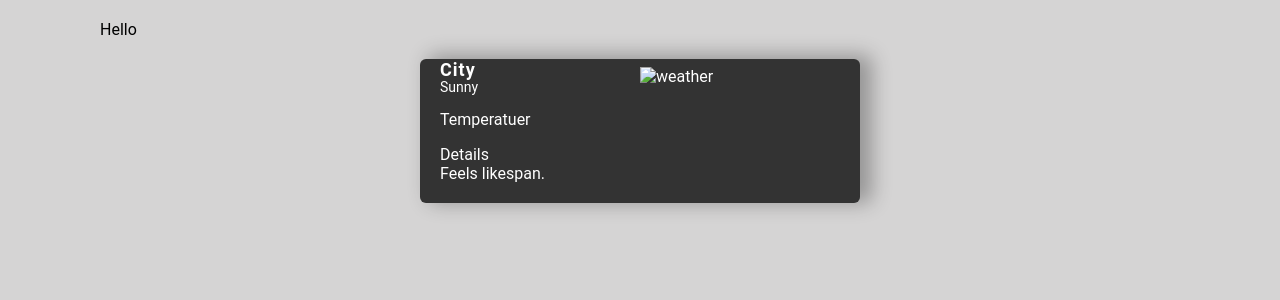
Repository: sedat-akdogan/React_Weather
Page: / (app in london_weather/)
These files come from the project's save history. The page is drawn as it stood at one moment and after a run of saves; the edit follows.
The browser window is 1280 px wide. The pictures show the whole page.
The project was rebuilt for these pictures with package versions that can differ from the ones it lists, and the page was loaded fresh each time.

Above is the page before, as saved 2023-07-09 17:49:11.

### london_weather/src/index.css
body {
    margin: 0;
    font-family: 'Roboto', Arial !important;
    -webkit-font-smoothing: antialiased;
    -moz-osx-font-smoothing: grayscale;
    background-color: #d5d4d4;
}

code {
    font-family: source-code-pro, Menlo, Monaco, Consolas, 'Courier New',
        monospace;
}

### london_weather/src/App.js
import Search from './components/search/Search';
import './App.css';
import CurrentWeather from './components/current-weather/current-weather';

function App() {

    const handleOnSearchChange = (searchData) => {
        console.log(searchData);
    }

    return (
        <div className="container">
            <Search onSearchChange={handleOnSearchChange} />
            <CurrentWeather />
        </div>
    );
}

export default App;

### london_weather/src/components/search/Search.js
import React from "react";


const Search = () => {
    return ("Hello");
}

export default Search;

### london_weather/src/App.css
.container {
    max-width: 1080px;
    margin: 20px auto;
}

### london_weather/src/components/current-weather/current-weather.js
import "./current-weather.css";


const CurrentWeather = () => {
    return (
        <div className="weather">
            <div className="top">
                <div>
                    <p className="city">City</p>
                    <p className="weather-description">Sunny</p>
                </div>
                <img src="" alt="weather" className="weather-icon" />
            </div>
            <div className="bottom">
                <p className="temperature">Temperatuer</p>
                <div className="details">
                    <div className="parameter-row">
                        <span className="parameter-label">Details</span>
                    </div>
                    <div className="parameter-row">
                        <span className="parameter-label">Feels like</span>
                        span.
                    </div>
                </div>
            </div>
        </div>
    );
}

export default CurrentWeather;

### london_weather/src/components/current-weather/current-weather.css
.weather {
    width: 400px;
    border-radius: 6px;
    box-shadow: 10px -2px 20px 2px rgb(0 0 0 / 30%);
    color: #fff;
    background-color: #333;
    margin: 20px auto 0 auto;
    padding: 0 20px 20px 20px;
}

.top {
    display: flex;
    justify-content: space-between;
    align-items: center;
}

.city {
    font-weight: 600;
    font-size: 18px;
    margin: 0;
    letter-spacing: 1px;
}

.weather-description {
    font-weight: 400;
    font-size: 14px;
    line-height: 1;
    margin: 0;
}

.weather-icon {
    width: 200px;
}

Loaded but not shown: london_weather/public/index.html (common file); london_weather/src/index.js (common file); london_weather/src/reportWebVitals.js (common file)

After the next 2 saves:
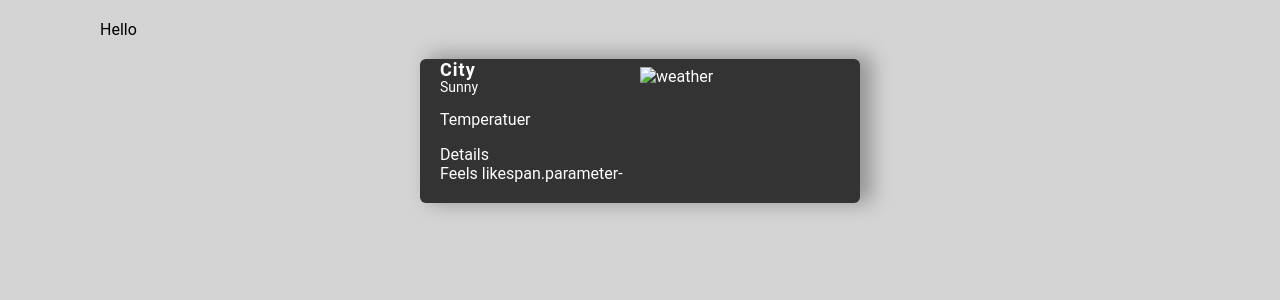
The 2 saves are shown as one change because they came seconds apart.
The last was saved 5 s later.
--- a/london_weather/src/components/current-weather/current-weather.js
+++ b/london_weather/src/components/current-weather/current-weather.js
@@ -19,7 +19,7 @@ const CurrentWeather = () => {
                     </div>
                     <div className="parameter-row">
                         <span className="parameter-label">Feels like</span>
-                        span.
+                        span.parameter-
                     </div>
                 </div>
             </div>
